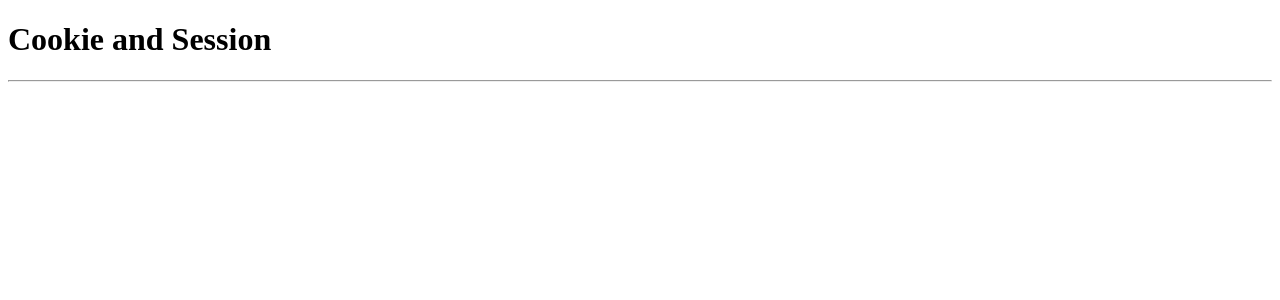
Repository: zxcvne/1400_web_nhs
Page: http://localhost/web/10_Cookie_Session.jsp
These files come from the project's save history. The page is drawn as it stood at one moment and after the next save; the edit follows.
The browser window is 1280 px wide. The pictures show the whole page.
The page is served by Tomcat 10.

Above is the page before, as saved 2025-10-26 08:09:29.

After the next save:
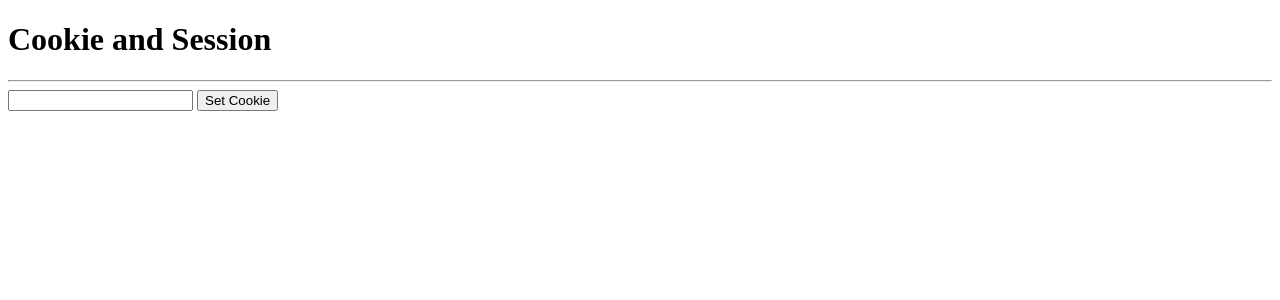
Saved 68 s later.
--- a/05_jsp/src/web/src/main/webapp/10_Cookie_Session.jsp
+++ b/05_jsp/src/web/src/main/webapp/10_Cookie_Session.jsp
@@ -9,6 +9,9 @@
 <body>
 	<h1>Cookie and Session</h1>
 	<hr>
-	<form name ="myFrom"></form>
+	<form name ="myFrom">
+		<input type="text" name="customer">
+		<input type="button" value="Set Cookie" onclick="setCookie()" >
+	</form>
 </body>
 </html>
